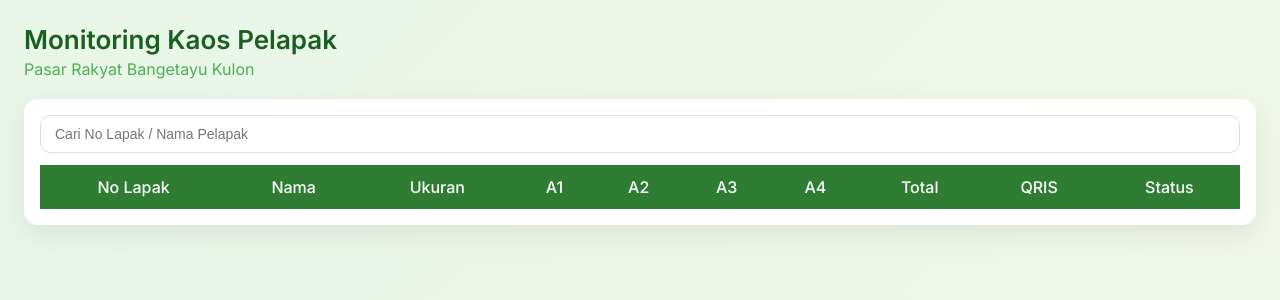
Repository: pasarrakyatbak/monitoringpembayarankaos
Page: index.html
These files come from the project's save history. The page is drawn as it stood at one moment and after the next save; the edit follows.
The browser window is 1280 px wide. The pictures show the whole page.
The page's requests for data from a server got no answer.

Above is the page before, as saved 2026-01-04 13:32:46.

After the next save:
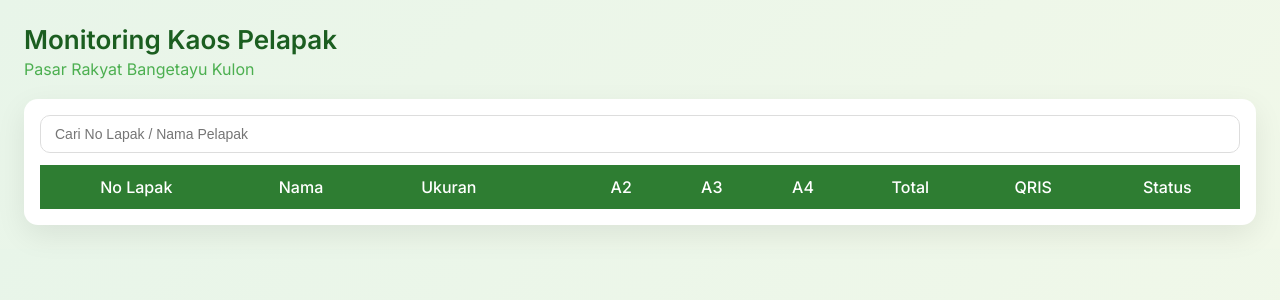
Saved 6 min 37 s later.
--- a/index.html
+++ b/index.html
@@ -33,7 +33,7 @@
                         <th>No Lapak</th>
                         <th>Nama</th>
                         <th>Ukuran</th>
-                        <th>A1</th>
+                        <th></th>
                         <th>A2</th>
                         <th>A3</th>
                         <th>A4</th>
